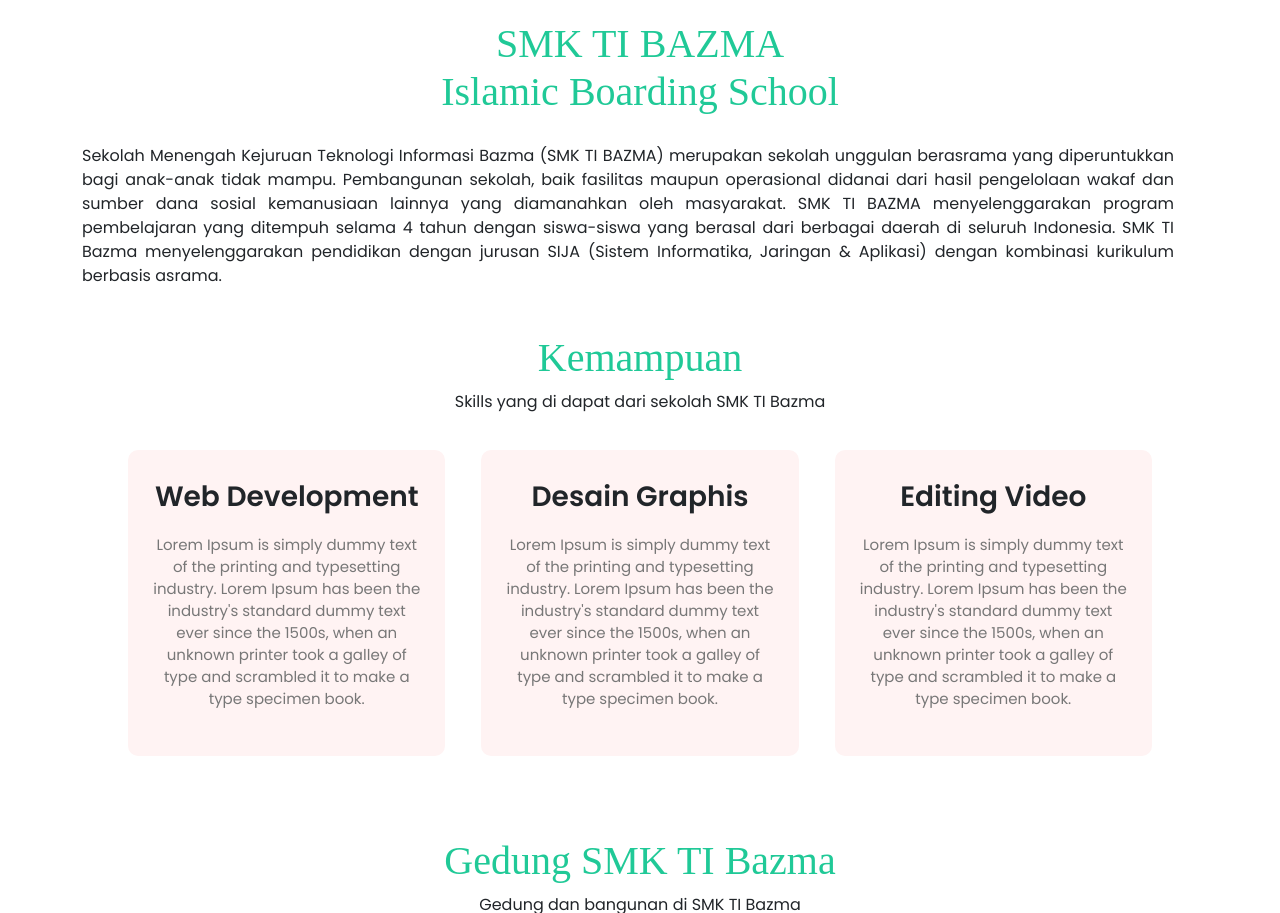
Repository: farhannurrahmat/Landing-Page-School
Page: index.html
The author's editor kept a copy of each file at every save. The page is drawn from the files as they stood at one save, then again after the next save.
The browser window is 1280 px wide. The pictures show the part of the page from y = 720 to 1633 px (the page is 4138 px tall before and 4147 px after).
A picture or video elsewhere on the page could not be fetched, so the positions and the page height are approximate.

Above is the page before, as saved 2024-01-31 08:47:47.

### index.html
<!DOCTYPE html>
<html lang="en">

<head>

  <meta charset="UTF-8">
  <meta http-equiv="X-UA-Compatible" content="IE=edge">
  <meta name="viewport" content="width=device-width, initial-scale=1.0">
  <title>SMK TI BAZMA</title>
  <link rel="stylesheet" href="css/style.css">
  <link rel="stylesheet"
    href="https://cdn.jsdelivr.net/npm/@fortawesome/fontawesome-free@6.2.1/css/fontawesome.min.css">
  <link href="https://cdn.jsdelivr.net/npm/bootstrap@5.0.2/dist/css/bootstrap.min.css" rel="stylesheet"
    integrity="sha384-EVSTQN3/azprG1Anm3QDgpJLIm9Nao0Yz1ztcQTwFspd3yD65VohhpuuCOmLASjC" crossorigin="anonymous">
  <link rel="stylesheet" href="fontawesome-free-6.3.0-web/fontawesome-free-6.3.0-web/css/all.css">
  <link href="https://fonts.googleapis.com/css2?family=Poppins:wght@100;200;300;400;500;600;700;800;900&display=swap"
    rel="stylesheet">
  <link rel="stylesheet" type="text/css"
    href="https://cdnjs.cloudflare.com/ajax/libs/font-awesome/5.15.1/css/all.min.css" />

</head>

<body>
  <!-- Navbar -->
  <section class="header">
    <nav>
      <a href="index.html"><img src="img/Bazma.png"></a>
      <div class="nav-links" id="navLinks">
    </nav>

    <!-- Banner -->
    <div class="text-box">
      <h1>SMK TI BAZMA</h1>
      <p>Sekolah Cerdas, Jago IT, & Pinter Ngaji</p>
      <a href="/about.html" class="hero-btn">Selengkapnya</a>
    </div>
  </section>

  <!-- Deskripsi -->
  <div class="container text-center">
    <div class="row ">
      <div class="col">
        <h1>SMK TI BAZMA<br>Islamic Boarding School</h1>
      </div>
      <div class="row">
        <div class="col ">
          <p style="text-align: justify;">Sekolah Menengah Kejuruan Teknologi Informasi Bazma (SMK TI BAZMA) merupakan sekolah unggulan berasrama
            yang diperuntukkan bagi anak-anak tidak mampu. Pembangunan sekolah, baik fasilitas maupun operasional
            didanai dari hasil pengelolaan wakaf dan sumber dana sosial kemanusiaan lainnya yang diamanahkan oleh
            masyarakat.

            SMK TI BAZMA menyelenggarakan program pembelajaran yang ditempuh selama 4 tahun dengan siswa-siswa yang
            berasal dari berbagai daerah di seluruh Indonesia. SMK TI Bazma menyelenggarakan pendidikan dengan jurusan
            SIJA (Sistem Informatika, Jaringan & Aplikasi) dengan kombinasi kurikulum berbasis asrama.</p>
        </div>
      </div>
    </div>
  </div>

  <!-- Postingan -->
  <section class="course">
    <h1>Kemampuan</h1>
    <p>Skills yang di dapat dari sekolah SMK TI Bazma</p>

    <div class="row1">
      <div class="course-col1">
        <h3>Web Development</h3>
        <p>Lorem Ipsum is simply dummy text of the printing and typesetting industry. Lorem Ipsum has been the
          industry's standard dummy text ever since the 1500s, when an unknown printer took a galley of type and
          scrambled it to make a type specimen book.</p>
      </div>

      <div class="course-col1">
        <h3>Desain Graphis</h3>
        <p>Lorem Ipsum is simply dummy text of the printing and typesetting industry. Lorem Ipsum has been the
          industry's standard dummy text ever since the 1500s, when an unknown printer took a galley of type and
          scrambled it to make a type specimen book.</p>
      </div>

      <div class="course-col1">
        <h3>Editing Video</h3>
        <p>Lorem Ipsum is simply dummy text of the printing and typesetting industry. Lorem Ipsum has been the
          industry's standard dummy text ever since the 1500s, when an unknown printer took a galley of type and
          scrambled it to make a type specimen book.</p>
      </div>
    </div>
  </section>

  <!-- Gedung -->
  <section class="campus">
    <h1>Gedung SMK TI Bazma</h1>
    <p>Gedung dan bangunan di SMK TI Bazma </p>

    <div class="row">
      <div class="col-sm-4">
        <div class="campus-col">
          <img src="./img/london.png">
          <div class="layer">
            <h3>Gedung 1</h3>
          </div>
        </div>
      </div>

      <div class="col-sm-4">
        <div class="campus-col">
          <img src="./img/newyork.png">
          <div class="layer">
            <h3>Gedung 2</h3>
          </div>
        </div>
      </div>

      <div class="col-sm-4">
        <div class="campus-col">
          <img src="./img/washington.png">
          <div class="layer">
            <h3>Gedung 3</h3>
          </div>
        </div>
      </div>

    </div>
  </section>

  <!--Fasilitas  -->
  <section class="fasilitas">
    <h1>Fasilitas Kami</h1>
    <p>Fasilitas yang ada di sekolah SMK TI Bazma</p>

    <div class="row">
      <div class="col-sm-4">
        <div class="fasilitas-col">
          <img src="./img/library.png">
          <h3>Ruangan Perpustakaan</h3>
          <p>Lorem Ipsum is simply dummy text of the printing and typesetting industry.</p>
        </div>
      </div>
      <div class="col-sm-4">
        <div class="fasilitas-col">
          <img src="./img/basketball.png">
          <h3>Ruangan Bermain</h3>
          <p>Lorem Ipsum is simply dummy text of the printing and typesetting industry.</p>
        </div>
      </div>
      <div class="col-sm-4">
        <div class="fasilitas-col">
          <img src="./img/cafeteria.png">
          <h3>Ruangan Makan/Kantin</h3>
          <p>Lorem Ipsum is simply dummy text of the printing and typesetting industry.</p>
        </div>
      </div>
    </div>

  </section>

  <!--Staff/tim-->
  <div class="container fluid pt-5 pb-5 bg-light">
    <div class="container text-center">
      <h2 class="Tim" id="staff">Tim kami</h2>
      <p>Tim Pembuat Website SMK TI Bazma V.2.0</p>
      <div class="row">

        <div class="col-md-3 text-center tim">
          <img src="./img/firman.png" class="rounded-circle mb-3">
          <h4>Firmansyah</h4>
          <p>Web Designer</p>
          <p>
            <a href="" class="social">
              <i class="fa-brands fa-twitter"></i>
            </a>
            <a href="" class="social">
              <i class="fa-brands fa-instagram"></i>
            </a>
            <a href="" class="social">
              <i class="fa-brands fa-facebook"></i>
            </a>
          </p>
        </div>

        <div class="col-md-3 tex-center tim">
          <img src="./img/farhan.png" class="rounded-circle mb-3">
          <h4>Farhan</h4>
          <p>Content Creator</p>
          <p>
            <a href="" class="social">
              <i class="fa-brands fa-twitter"></i>
            </a>
            <a href="" class="social">
              <i class="fa-brands fa-instagram"></i>
            </a>
            <a href="" class="social">
              <i class="fa-brands fa-facebook"></i>
            </a>
          </p>
        </div>

        <div class="col-md-3 tex-center tim">
          <img src="./img/hafiz.png" class="rounded-circle mb-3">
          <h4>Hafiz Al-fitrah</h4>
          <p>Web Designer</p>
          <p>
            <a href="" class="social">
              <i class="fa-brands fa-twitter"></i>
            </a>
            <a href="" class="social">
              <i class="fa-brands fa-instagram"></i>
            </a>
            <a href="" class="social">
              <i class="fa-brands fa-facebook"></i>
            </a>
          </p>
        </div>

        <div class="col-md-3 tex-center tim">
          <img src="./img/wahyuda.png" class="rounded-circle mb-3">
          <h4>Wahyuda</h4>
          <p>Content Creator</p>
          <p>
            <a href="" class="social">
              <i class="fa-brands fa-twitter"></i>
            </a>
            <a href="" class="social">
              <i class="fa-brands fa-instagram"></i>
            </a>
            <a href="" class="social">
              <i class="fa-brands fa-facebook"></i>
            </a>
          </p>
        </div>
      </div>

    </div>
  </div>

  <section class="cta">
    <h1>Inilah Sekolah SMK TI Bazma<br>yang melahirkan generasi hebat jago IT</h1>
    <a href="/kontak.html" class="hero-btn">Kontak Kami</a>
  </section>

  <!-- Footer -->
  <footer class="footer">
    <div class="container-footer">
      <div class="row-footer">
        <div class="footer-col">
          <h4>ABOUT THIS SCHOOL</h4>
          <ul>
            <li><a href="#">About us</a></li>
            <li><a href="#">Contact us</a></li>
            <li><a href="#">Blog</a></li>
            <li><a href="#">baituzzakah pertamina</a></li>
            <li><a href="#">Carrers</a></li>
          </ul>
        </div>
        <div class="footer-col">
          <h4>EDUCATION</h4>
          <ul>
            <li><a href="#">literature teacher</a></li>
            <li><a href="#">student</a></li>
            <li><a href="#">chef</a></li>
            <li><a href="#">IT teacher</a></li>
            <li><a href="#">math teacher</a></li>
            <li><a href="#">art teacher</a></li>
            <li><a href="#">internship theacher</a></li>
          </ul>
        </div>
        <div class="footer-col">
          <h4>GUIDE AND HELP</h4>
          <ul>
            <li><a href="#">Care</a></li>
            <li><a href="#">Privacy Policy</a></li>
            <li><a href="#">Terms and Condition</a></li>
            <li><a href="#">Mitra</a></li>
          </ul>
        </div>
        <div class="footer-col">
          <h4>FOLLOW US ON</h4>
          <div class="social-media">
            <a href="#"><i class="fab fa-facebook"></i></a>
            <a href="#"><i class="fab fa-instagram"></i></a>
            <a href="#"><i class="fab fa-twitter"></i></a>
            <a href="#"><i class="fab fa-youtube"></i></a>
          </div>
        </div>

      </div>
    </div>
  </footer>

  <div class="fixed-footer">
    <div class="container">2023 SMK TI BAZMA SCH.ID</div>
  </div>


  <!-- javascript for toggle menu -->
  <script>

    var navLinks = document.getElementById("navLinks");

    function showMenu() {
      navLinks.style.right = "0";
    }
    function hideMenu() {
      navLinks.style.right = "-200px";
    }


  </script>

  <script src="https://cdn.jsdelivr.net/npm/@popperjs/core@2.9.2/dist/umd/popper.min.js"
    integrity="sha384-IQsoLXl5PILFhosVNubq5LC7Qb9DXgDA9i+tQ8Zj3iwWAwPtgFTxbJ8NT4GN1R8p"
    crossorigin="anonymous"></script>
  <script src="https://cdn.jsdelivr.net/npm/bootstrap@5.0.2/dist/js/bootstrap.min.js"
    integrity="sha384-cVKIPhGWiC2Al4u+LWgxfKTRIcfu0JTxR+EQDz/bgldoEyl4H0zUF0QKbrJ0EcQF"
    crossorigin="anonymous"></script>
</body>

</html>

### css/style.css
* {
  margin: 0;
  padding: 0;
  font-family: 'Poppins', sans-serif;
  box-sizing: border-box;
  line-height: 1.5;
}

/* Banner */
.header {
  min-height: 100vh;
  width: 100%;
  background-image: linear-gradient(rgba(4, 9, 30, 0.7), rgba(4, 9, 30, 0.7)), url("../img/smk.jpg");
  background-position: center;
  background-size: cover;
  position: relative
}

/* Navbar */
nav {
  display: flex;
  padding: 2% 6%;
  justify-content: space-between;
  align-items: center;
}

nav img {
  width: 150px;
}

.text-box {
  width: 90%;
  color: #fff;
  position: absolute;
  top: 50%;
  left: 50%;
  transform: translate(-50%, -50%);
  text-align: center;
}

.text-box h1 {
  font-size: 75px;
  font-family: Phenomena;
  color: #fff;
}

.text-box p {
  margin: 10px 0 40px;
  font-size: 20px;
  color: #fff;
}

.hero-btn {
  display: inline-block;
  text-decoration: none;
  color: #fff;
  border: 1px solid #fff;
  padding: 12px 34px;
  font-size: 13px;
  background: transparent;
  position: relative;
  cursor: pointer;
  border-radius: 10px;
}

.hero-btn:hover {
  border: 1px solid #fff;
  background: #0d6efd;
  transition: 1s;
  color: #fff;
}

nav .fa {
  display: none;
}

/* Responsive Navbar */
@media(max-width: 700px) {
  .text-box h1 {
    font-size: 50px;
    font-family: Phenomena;
  }

  /* .nav-links ul li {
    display: block;
  }

  .nav-links {
    position: absolute;
    background: #0d6efd;
    height: 100vh;
    width: 200px;
    top: 0;
    right: -200px;
    text-align: left;
    z-index: 2;
    transition: 1s;
  }

  nav .fa {
    display: block;
    color: #fff;
    margin: 10px;
    font-size: 22px;
    cursor: pointer;
  }

  .nav-links ul {
    padding: 30px;
  } */

}

/* Deskripsi */
.row {
  padding-top: 20px;
}

h1 {
  font-family: Phenomena;
  color: #20c997;
  font-weight: 600;
  font-size: 70px;
}

.col p {
  font-weight: 400;
  font-size: 16px;
}

/* Responsive Deskripsi */
@media(max-width: 700px) {
  h1 {
    font-family: Phenomena;
    color: #20c997;
    font-weight: 600;
    font-size: 30px;
  }

  .col p {
    font-weight: 400;
    font-size: 15px;
  }
}

/* Tim */
.tim img {
  width: 250px;
  border: 10px solid #cccccc;
}

a.social {
  display: inline-block;
  width: 40px;
  height: 40px;
  color: #fff;
  border-radius: 50%;
  background-color: #333;
  line-height: 40px;
}

.Tim {
  font-size: 50px;
  font-family: Phenomena;
  font-weight: 500;
  color: #20c997;
}

/*----- Postingan -----*/
.course {
  width: 80%;
  margin: auto;
  text-align: center;
  padding-top: 30px;
}

.course-col1 p {
  color: #777;
  font-size: 15px;
  font-weight: 400;
  line-height: 22px;
  padding: 10px;
}

.row1 {
  padding-top: 20px;
  display: flex;
  justify-content: space-between;
}

.course-col1 {
  flex-basis: 31%;
  background: #fff3f3;
  border-radius: 10px;
  margin-bottom: 5%;
  padding: 20px 12px;
  box-sizing: border-box;
  transition: 0.5s;
}

.course-col1 h3 {
  text-align: center;
  font-weight: 600;
  margin: 10px 0;
}

.course-col1:hover {
  box-shadow: 0 0 20px 0px rgba(0, 0, 0, 0.2);
}

/* Responsive Postingan */
@media(max-width: 700px) {
  .row1 {
    flex-direction: column;
  }
}

/* Gedung */
.campus {
  width: 80%;
  margin: auto;
  text-align: center;
  padding-top: 30px;
}

.campus-col {
  flex-basis: 33%;
  margin-bottom: 30px;
  position: relative;
  overflow: hidden;
  border-radius: 10px;
}

.campus-col img {
  width: 100%;
  display: block;
  border-radius: 10px;
}

.layer {
  background: transparent;
  height: 100%;
  width: 100%;
  position: absolute;
  top: 0;
  left: 0;
  transition: 0.5s;
}

.layer:hover {
  background: rgba(226, 0, 0, 0.7);
}

.layer h3 {
  width: 100%;
  font-weight: 500;
  color: #fff;
  font-size: 26px;
  bottom: 0;
  left: 0;
  transform: translateX(-50x);
  position: absolute;
  opacity: 0;
  transition: 0.5s;
}

.layer:hover h3 {
  bottom: 49%;
  opacity: 1;
}

/* Fasilitas */
.fasilitas {
  width: 80%;
  margin: auto;
  text-align: center;
  padding-top: 30px;
  display: block;
}

.fasilitas-col {
  flex-basis: 33.3%;
  border-radius: 10px;
  margin-bottom: 5%;
  text-align: left;
}

.fasilitas-col img {
  width: 100%;
  border-radius: 10px;
}

.fasilitas-col p {
  padding: 0;
  font-size: 12px;
}

.fasilitas-col h3 {
  margin-top: 16px;
  margin-bottom: 15px;
  text-align: left;
  font-size: medium;
}

/* call to action */
.cta {
  margin: 100px auto;
  width: 90%;
  background-image: linear-gradient(rgba(0, 0, 0, 0.7), rgba(0, 0, 0, 0.7)), url("../img/banner2.jpg");
  background-position: center;
  background-size: cover;
  border-radius: 10px;
  text-align: center;
  padding: 100px 0;
}

.cta h1 {
  color: #fff;
  margin-bottom: 40px;
  padding: 0;
}

/* Responsive call to action */
@media(max-width: 700px) {
  .cta h1 {
    font-size: medium;
  }
}

/* Footer */
.container-footer {
  max-width: 1170px;
  margin: auto;
}

.row-footer {
  display: flex;
  flex-wrap: wrap;
}

.footer-col ul {
  list-style: none;
}

.footer {
  background-color: rgba(27, 27, 27, 1);
  padding: 70px 0;
}

.footer-col {
  width: 25%;
  padding: 0 15px;
}

.footer-col h4 {
  font-size: 18px;
  color: rgba(255, 255, 255, 1);
  text-transform: capitalize;
  margin-bottom: 35px;
  font-weight: 500;
  position: relative;
}

.footer-col h4::before {
  content: "";
  position: absolute;
  left: 0;
  bottom: -10px;
  background-color: #0d6efd;
  height: 2px;
  box-sizing: border-box;
  width: 50px;
}

.footer-col ul li:not(:last-child) {
  margin-bottom: 10px;
}

.footer-col ul li a {
  font-size: 16px;
  text-transform: capitalize;
  color: rgba(255, 255, 255, 1);
  text-decoration: none;
  font-weight: 300;
  color: #bbbbbb;
  display: block;
  transition: all 0.3s ease;
}

.footer-col ul li a:hover {
  color: #0d6efd;
  padding-left: 8px;
}

.footer-col .social-media a {
  display: inline-block;
  height: 40px;
  width: 40px;
  background-color: rgba(255, 255, 255, 0.2);
  margin: 0 10px 10px 0;
  text-align: center;
  line-height: 40px;
  border-radius: 50%;
  color: rgba(255, 255, 255, 0.5);
  margin: 0 10px 10px 0;
  transition: all 0.5s ease;
}

.footer-col .social-media a:hover {
  color: rgba(80, 82, 243, 0.8);
  background-color: rgba(236, 236, 236, 0.8);
}

.fixed-footer {
  width: 100%;
  position: relative;
  background: #333;
  margin: 0 10px 10px 0;
  padding: 10px 0;
  color: rgba(255, 255, 255, 1);
  text-align: center;
}

.fixed-footer {
  bottom: 0;
}

/* responsive Footer*/
@media (max-width: 767px) {
  .footer-col {
    width: 50%;
    margin-bottom: 30px;
  }
}

@media (max-width: 574px) {
  .footer-col {
    width: 100%;
  }
}

After the next save:
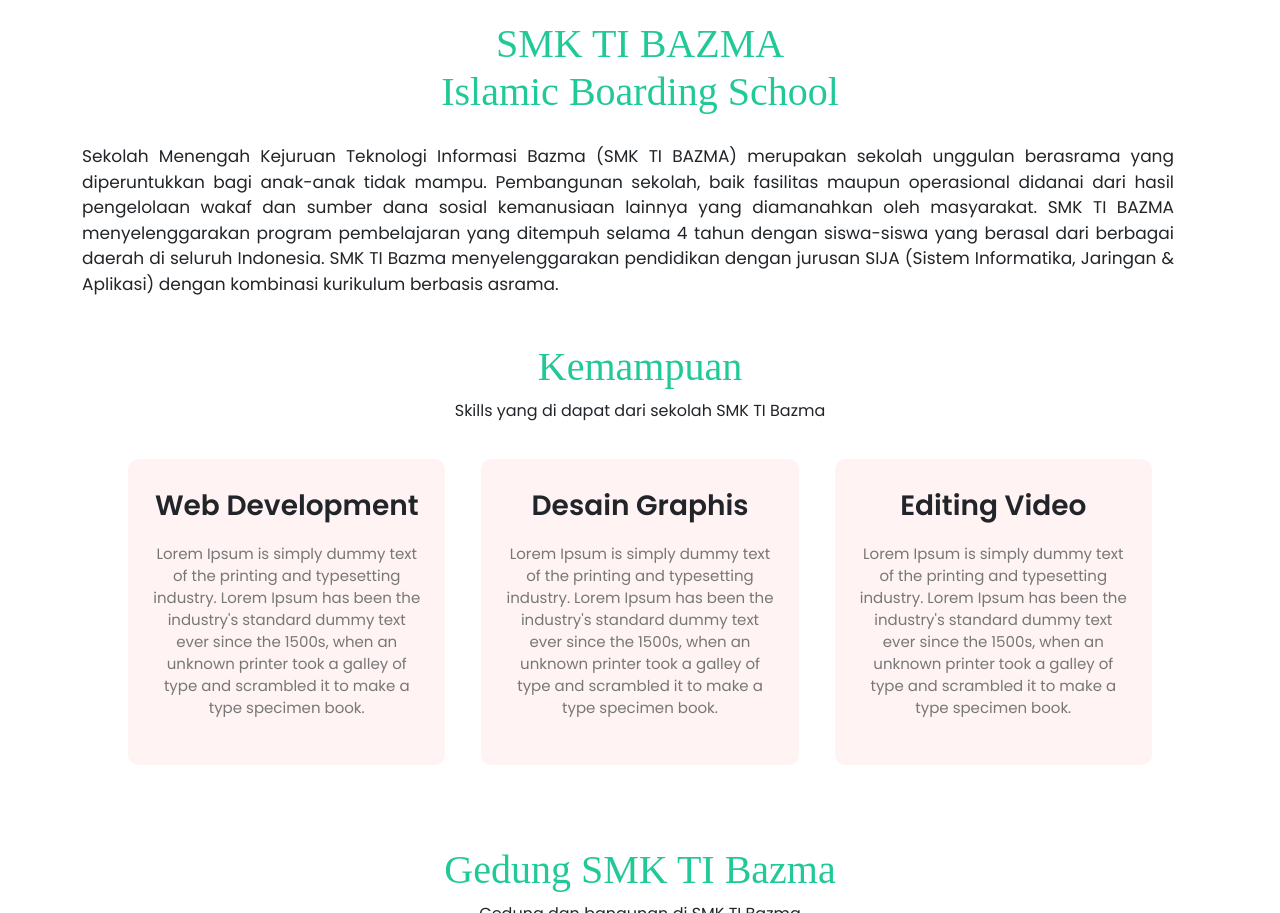
Saved 30 s later.
--- a/css/style.css
+++ b/css/style.css
@@ -125,7 +125,7 @@ h1 {
 
 .col p {
   font-weight: 400;
-  font-size: 16px;
+  font-size: 17px;
 }
 
 /* Responsive Deskripsi */
